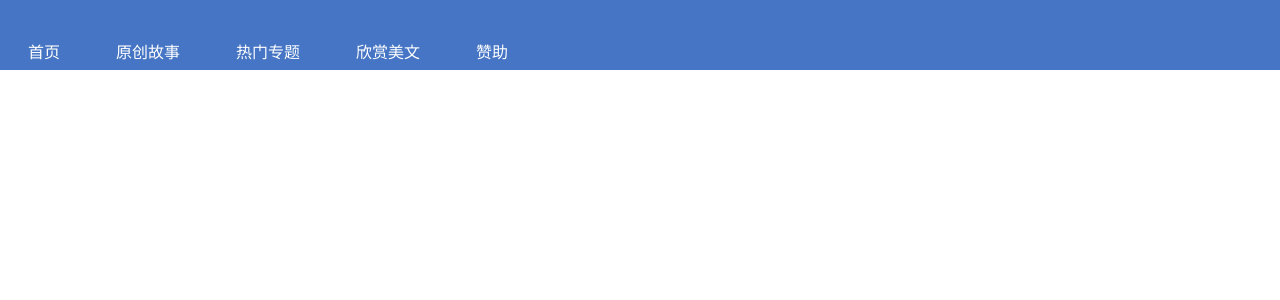
Repository: equation-zheng/Article
Page: http://localhost/Idles/
The author's editor kept a copy of each file at every save. The page is drawn from the files as they stood at one save, then again after the next save.
The browser window is 1280 px wide. The pictures show the whole page.
The page is served by Tomcat 9. Other server files are loaded and not shown.

Above is the page before, as saved 2017-12-05 08:41:27.

### Service/apache-tomcat-7.0.82/Idles/WebContent/index.jsp
<?xml version="1.0" encoding="UTF-8" ?>
<%@ page language="java" contentType="text/html; charset=UTF-8"
    pageEncoding="UTF-8"%>
<!DOCTYPE html PUBLIC "-//W3C//DTD XHTML 1.0 Transitional//EN" "http://www.w3.org/TR/xhtml1/DTD/xhtml1-transitional.dtd">
<html xmlns="http://www.w3.org/1999/xhtml">
<head>
<meta http-equiv="Content-Type" content="text/html; charset=UTF-8" />
<title>首页</title>
</head>
<style>
	*{
		margin: 0;
		padding: 0;
	}
	.header{
		height: 70px;
		background: #4575C4;
	}
	.header ul li {
		list-style: none;
		float: left;
		margin: 28px;
		color: #fff;
		line-height: 50px;
	}
	.header ul li:hover {
		background: #fff;
	}

</style>
<body>
	<div class="header">
		<ul>
			<li>首页</li>
			<li>原创故事</li>
			<li>热门专题</li>
			<li>欣赏美文</li>
			<li>赞助</li>
		</ul>
	</div>
</body>
</html>

After the next save:
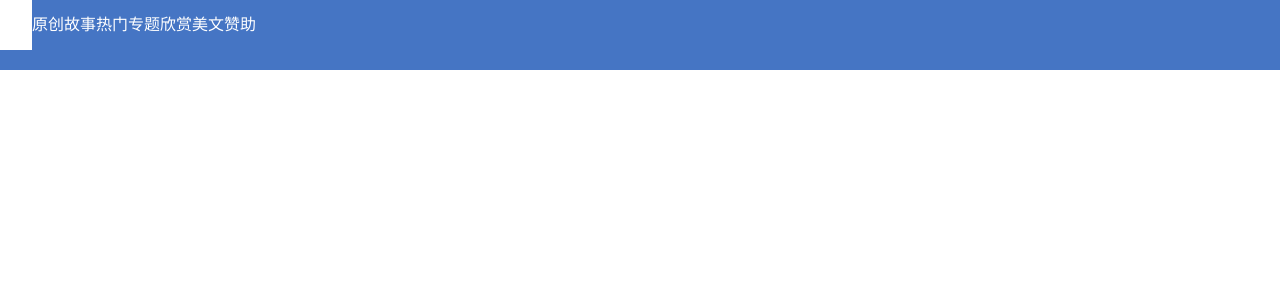
Saved 50 s later.
--- a/Service/apache-tomcat-7.0.82/Idles/WebContent/index.jsp
+++ b/Service/apache-tomcat-7.0.82/Idles/WebContent/index.jsp
@@ -19,7 +19,6 @@
 	.header ul li {
 		list-style: none;
 		float: left;
-		margin: 28px;
 		color: #fff;
 		line-height: 50px;
 	}
